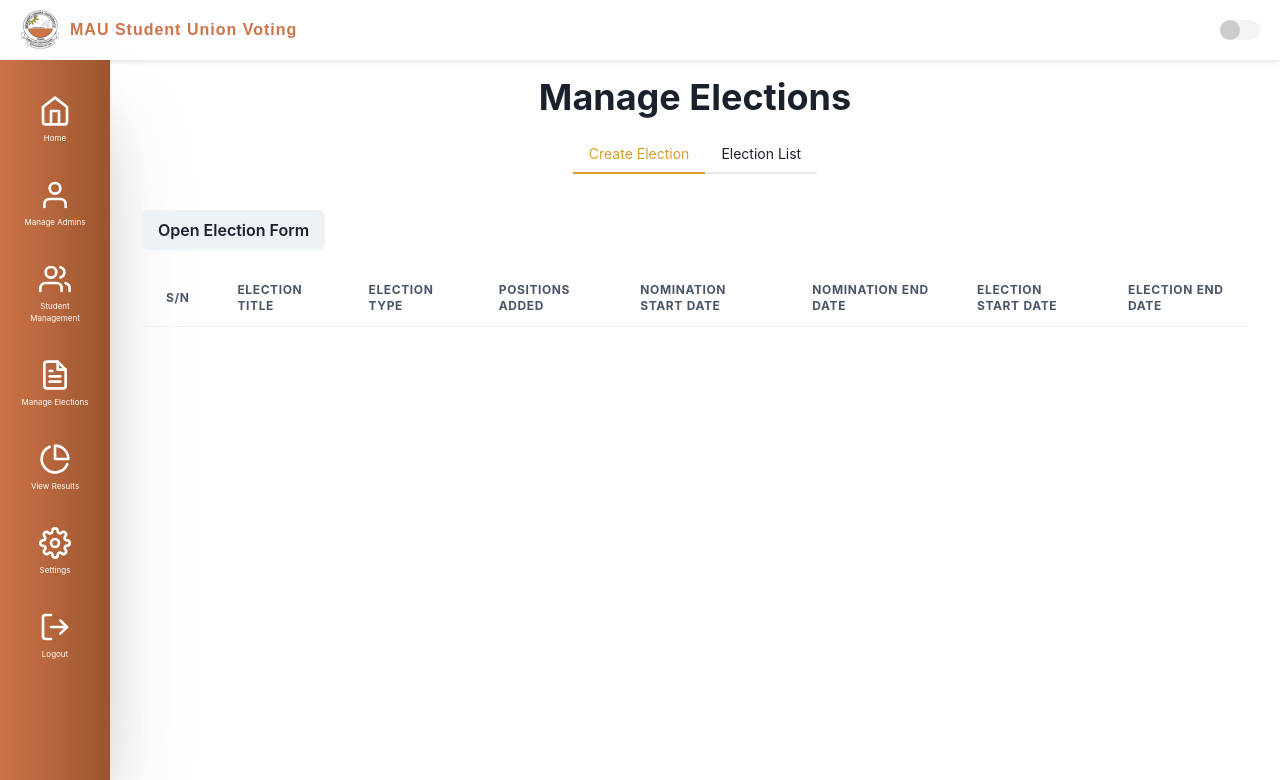
Repository: joena1o/e-vote
Page: /admin-dashboard/manage-elections
These files come from the project's save history. The page is drawn as it stood at one moment and after the next save; the edit follows.
The browser window is 1280 px wide. The pictures show the whole page.
The project was rebuilt for these pictures with package versions that can differ from the ones it lists, and the page was loaded fresh each time. Also part of the build but not shown: src/components/EnhancedLogin.js, src/components/maincontent/RegisterStudents/ManageStudents.js, src/components/maincontent/RegisterStudents/RegisterStudents.js, src/components/maincontent/RegisterStudents/StudentManagement.js, src/components/maincontent/ElectionResults/ViewResults.js, src/components/maincontent/Settings/Settings.js, src/api/index.js, src/components/maincontent/home/Home.styles.js and 15 more.

Above is the page before, as saved 2023-10-27 01:15:11.

After the next save:
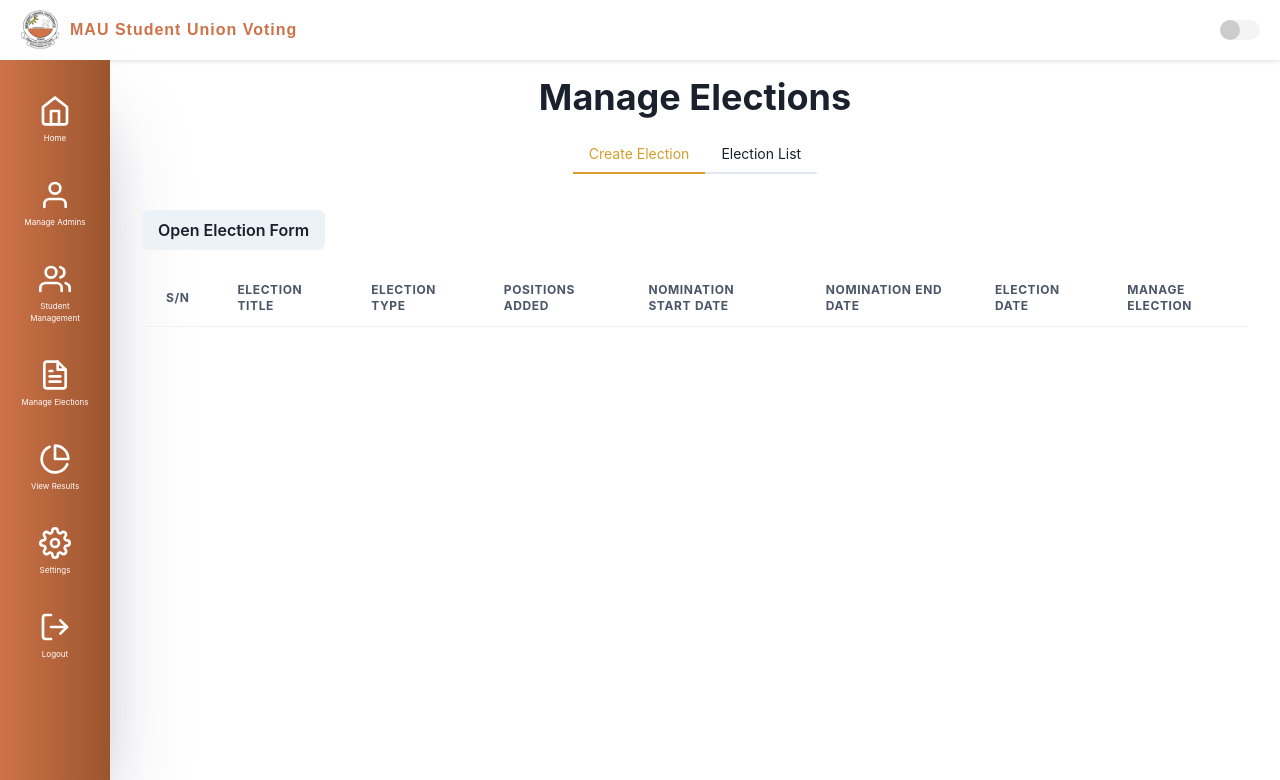
Saved 5 min 47 s later.
--- a/src/components/maincontent/ManageElections/CreateElection.js
+++ b/src/components/maincontent/ManageElections/CreateElection.js
@@ -16,21 +16,16 @@ const CreateElection = () => {
       electionType: '',
       nominationStartDate: '',
       nominationEndDate: '',
-      startDate: '',
+      electionDate: '', // Election Date
       positions: [],
       committeeMembers: [],
     },
     onSubmit: async (values) => {
-      // Calculate end date by adding 24 hours to start date
-      const endDate = new Date(values.startDate);
-      endDate.setHours(endDate.getHours() + 24);
-      values.endDate = endDate.toISOString();  // Set the end date in ISO format
+      // Close the modal
+      setModalIsOpen(false);
 
       // Update the elections state
       setElections([...elections, values]);
-
-      // Close the modal
-      setModalIsOpen(false);
     },
 
   });
@@ -68,8 +63,8 @@ const CreateElection = () => {
               <Th className="smaller-title">Positions Added</Th>
               <Th className="smaller-title">Nomination Start Date</Th>
               <Th className="smaller-title">Nomination End Date</Th>
-              <Th className="smaller-title">Election Start Date</Th>
-              <Th className="smaller-title">Election End Date</Th>
+              <Th className="smaller-title">Election Date</Th> {/* Changed from Start Date and End Date */}
+              <Th className="smaller-title">Manage Election</Th> {/* Added Manage Election Column */}
             </Tr>
           </Thead>
           <Tbody>
@@ -81,8 +76,10 @@ const CreateElection = () => {
                 <Td>{election.positions.join(', ')}</Td>
                 <Td>{election.nominationStartDate}</Td>
                 <Td>{election.nominationEndDate}</Td>
-                <Td>{election.startDate}</Td>
-                <Td>{election.endDate}</Td>
+                <Td>{election.electionDate}</Td> {/* Display Election Date */}
+                <Td>
+                  <Button colorScheme="teal" size="sm" onClick={() => handleManageElection(index)}>Manage</Button> {/* Manage Election Button */}
+                </Td>
               </Tr>
             ))}
           </Tbody>
@@ -147,12 +144,12 @@ const CreateElection = () => {
               </FormControl>
 
               <FormControl width="100%">
-                <FormLabel>Election Start Date:</FormLabel>
-                <Input
-                  name="startDate"
+                <FormLabel>Election Date:</FormLabel> {/* Changed from Start Date */}
+                <Input
+                  name="electionDate"
                   type="datetime-local"
                   onChange={formik.handleChange}
-                  value={formik.values.startDate}
+                  value={formik.values.electionDate}
                 />
               </FormControl>
 
